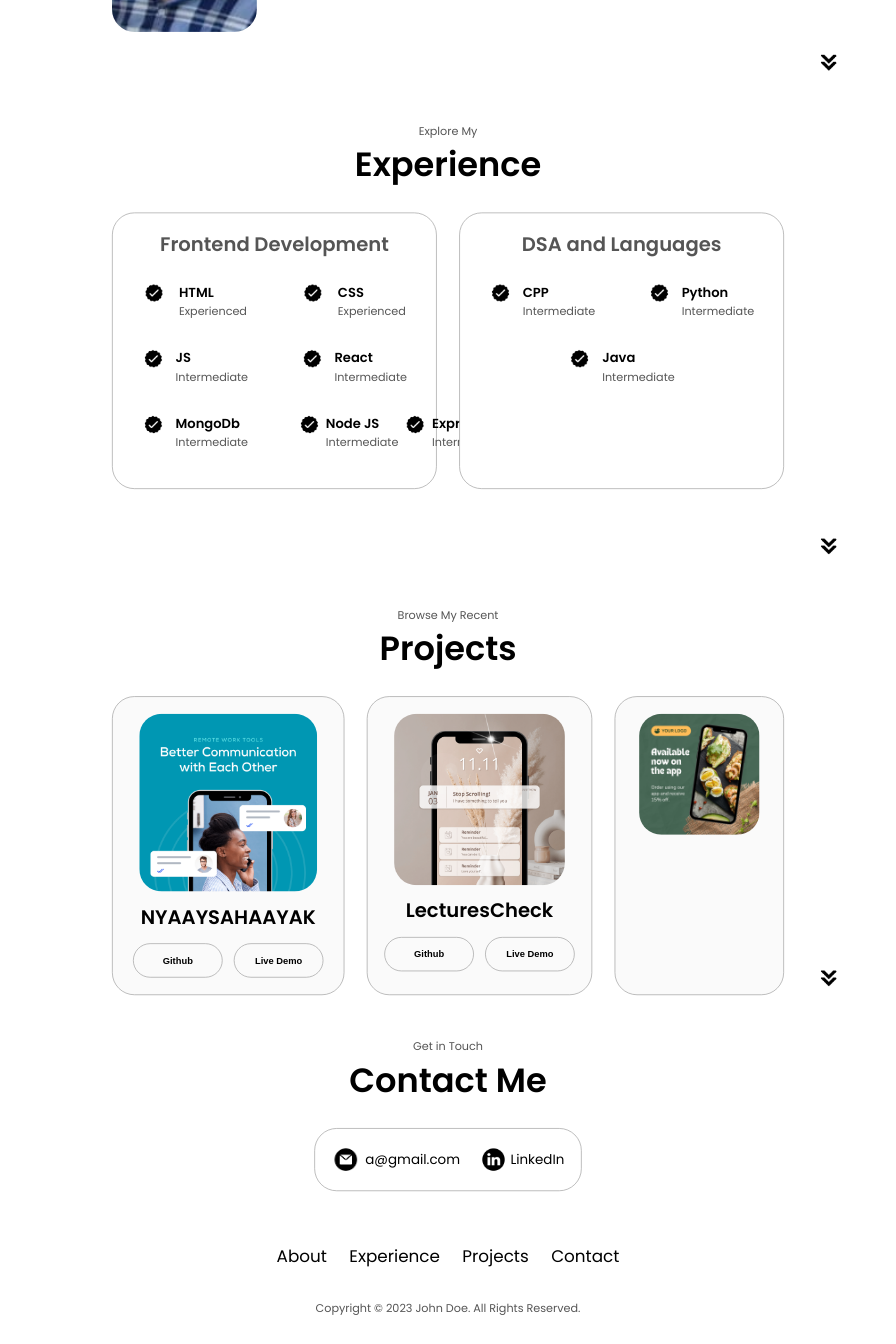
Repository: ARUN-YERRAM/ARUN-YERRAM-PORTFOLIO
Page: portfolio/index.html
The author's editor kept a copy of each file at every save. The page is drawn from the files as they stood at one save, then again after the next save.
The browser window is 1280 px wide. The pictures show the part of the page from y = 1362 to 3282 px (the page is 3282 px tall), at 70% of full size.

Above is the page before, as saved 2024-07-07 04:07:26.

### portfolio/index.html
<!DOCTYPE html>
<html lang="en">
  <head>
    <meta charset="UTF-8" />
    <meta http-equiv="X-UA-Compatible" content="IE=edge" />
    <meta name="viewport" content="width=device-width, initial-scale=1.0" />
    <title>My Portfolio</title>
    <link rel="stylesheet" href="style.css" />
    <link rel="stylesheet" href="mediaqueries.css" />
  </head>
  <body>
    <nav id="desktop-nav">
      <div class="logo">ARUN YERRAM</div>
      <div>
        <ul class="nav-links">
          <li><a href="#about">About</a></li>
          <li><a href="#experience">Experience</a></li>
          <li><a href="#projects">Projects</a></li>
          <li><a href="#contact">Contact</a></li>
        </ul>
      </div>
    </nav>
    <nav id="hamburger-nav">
      <div class="logo">ARUN YERRAM</div>
      <div class="hamburger-menu">
        <div class="hamburger-icon" onclick="toggleMenu()">
          <span></span>
          <span></span>
          <span></span>
        </div>
        <div class="menu-links">
          <li><a href="#about" onclick="toggleMenu()">About</a></li>
          <li><a href="#experience" onclick="toggleMenu()">Experience</a></li>
          <li><a href="#projects" onclick="toggleMenu()">Projects</a></li>
          <li><a href="#contact" onclick="toggleMenu()">Contact</a></li>
        </div>
      </div>
    </nav>
    <section id="profile">
      <div class="section__pic-container">
        <img src="./assets/profile-pic.png" alt="John Doe profile picture" />
      </div>
      <div class="section__text">
        <p class="section__text__p1">Hello, I'm</p>
        <h1 class="title">ARUN YERRAM</h1>
        <p class="section__text__p2">Frontend Developer</p>
        <div class="btn-container">
          <button
            class="btn btn-color-2"
            onclick="window.open('./assets/resume-example.pdf')"
          >
            Download CV
          </button>
          <button class="btn btn-color-1" onclick="location.href='./#contact'">
            Contact Info
          </button>
        </div>
        <div id="socials-container">
          <img
            src="./assets/linkedin.png"
            alt="My LinkedIn profile"
            class="icon"
            onclick="window.open('https://www.linkedin.com/in/arun-yerram/','_blank')"
          />
          <img
            src="./assets/github.png"
            alt="My Github profile"
            class="icon"
            onclick="location.href='https://github.com/ARUN-YERRAM?tab=repositories'"
          />
        </div>
      </div>
    </section>
    <section id="about">
      <p class="section__text__p1">Get To Know More</p>
      <h1 class="title">About Me</h1>
      <div class="section-container">
        <div class="section__pic-container">
          <img
            src="./assets/Photo1.jpg"
            alt="Profile picture"
            class="about-pic"
          />
        </div>
        <div class="about-details-container">
          <div class="about-containers">
            <div class="details-container">
              <img
                src="./assets/experience.png"
                alt="Experience icon"
                class="icon"
              />
              <h3>Experience</h3>
              <p>2+ years <br />Full Stack Development</p>
            </div>
            <div class="details-container">
              <img
                src="./assets/education.png"
                alt="Education icon"
                class="icon"
              />
              <h3>Education</h3>
              <p>Pursing B.Tech (Bachelors Degree) From Keshav Memorial Institute of Technology <br /></p>
            </div>
          </div>
          <div class="text-container">
            <p>
              I am having keen interest in Problem Solving ,Web Development and eager to learn Data Science and Explore various Tech field.
            </p>
          </div>
        </div>
      </div>
      <img
        src="./assets/arrow.png"
        alt="Arrow icon"
        class="icon arrow"
        onclick="location.href='./#experience'"
      />
    </section>
    <section id="experience">
      <p class="section__text__p1">Explore My</p>
      <h1 class="title">Experience</h1>
      <div class="experience-details-container">
        <div class="about-containers">
          <div class="details-container">
            <h2 class="experience-sub-title">Frontend Development</h2>
            <div class="article-container">
              <article>
                <img
                  src="./assets/checkmark.png"
                  alt="Experience icon"
                  class="icon"
                />
                <div>
                  <h3>HTML</h3>
                  <p>Experienced</p>
                </div>
              </article>
              <article>
                <img
                  src="./assets/checkmark.png"
                  alt="Experience icon"
                  class="icon"
                />
                <div>
                  <h3>CSS</h3>
                  <p>Experienced</p>
                </div>
              </article>
              <article>
                <img
                  src="./assets/checkmark.png"
                  alt="Experience icon"
                  class="icon"
                />
                <div>
                  <h3>JS</h3>
                  <p>Intermediate</p>
                </div>
              </article>
              <article>
                <img
                  src="./assets/checkmark.png"
                  alt="Experience icon"
                  class="icon"
                />
                <div>
                  <h3>React</h3>
                  <p>Intermediate</p>
                </div>
              </article>
              <article>
                <img
                  src="./assets/checkmark.png"
                  alt="Experience icon"
                  class="icon"
                />
                <div>
                  <h3>MongoDb</h3>
                  <p>Intermediate</p>
                </div>
              </article>
              <article>
                <article>
                  <img
                    src="./assets/checkmark.png"
                    alt="Experience icon"
                    class="icon"
                  />
                  <div>
                    <h3>Node JS</h3>
                    <p>Intermediate</p>
                  </div>
                </article>

                <article>
                  <img
                    src="./assets/checkmark.png"
                    alt="Experience icon"
                    class="icon"
                  />
                  <div>
                    <h3>Express JS</h3>
                    <p>Intermediate</p>
                  </div>
                </article>
                <article>
                <article>
                <img
                  src="./assets/checkmark.png"
                  alt="Experience icon"
                  class="icon"
                />
                <div>
                  <h3>Git && Github</h3>
                  <p>Intermediate</p>
                </div>
              </article>
            </div>
          </div>
          <div class="details-container">
            <h2 class="experience-sub-title">DSA and Languages</h2>
            <div class="article-container">
              <article>
                <img
                  src="./assets/checkmark.png"
                  alt="Experience icon"
                  class="icon"
                />
                <div>
                  <h3>CPP</h3>
                  <p>Intermediate</p>
                </div>
              </article>
              <article>
                <img
                  src="./assets/checkmark.png"
                  alt="Experience icon"
                  class="icon"
                />
                <div>
                  <h3>Python</h3>
                  <p>Intermediate</p>
                </div>
              </article>

              <article>
                <img
                  src="./assets/checkmark.png"
                  alt="Experience icon"
                  class="icon"
                />
                <div>
                  <h3>Java</h3>
                  <p>Intermediate</p>
                </div>
              </article>
            </div>
          </div>
        </div>
      </div>
      <img
        src="./assets/arrow.png"
        alt="Arrow icon"
        class="icon arrow"
        onclick="location.href='./#projects'"
      />
    </section>
    <section id="projects">
      <p class="section__text__p1">Browse My Recent</p>
      <h1 class="title">Projects</h1>
      <div class="experience-details-container">
        <div class="about-containers">
          <div class="details-container color-container">
            <div class="article-container">
              <img
                src="./assets/project-1.png"
                alt="Project 1"
                class="project-img"
              />
            </div>
            <h2 class="experience-sub-title project-title">NYAAYSAHAAYAK</h2>
            <div class="btn-container">
              <button
                class="btn btn-color-2 project-btn"
                onclick="location.href='https://github.com/ARUN-YERRAM/NYAAYSAHAAYAK'"
              >
                Github
              </button>
              <button
                class="btn btn-color-2 project-btn"
                onclick="location.href=''"
              >
                Live Demo
              </button>
            </div>
          </div>
          <div class="details-container color-container">
            <div class="article-container">
              <img
                src="./assets/project-2.png"
                alt="Project 2"
                class="project-img"
              />
            </div>
            <h2 class="experience-sub-title project-title">LecturesCheck</h2>
            <div class="btn-container">
              <button
                class="btn btn-color-2 project-btn"
                onclick="location.href='https://github.com/ARUN-YERRAM/LecturesCheck'"
              >
                Github
              </button>
              <button
                class="btn btn-color-2 project-btn"
                onclick="location.href=''"
              >
                Live Demo
              </button>
            </div>
          </div>
          <div class="details-container color-container">
            <div class="article-container">
              <img
                src="./assets/project-3.png"
                alt="Project 3"
                class="project-img"
              />
            </div>
          </div>
        </div>
      </div>
      <img
        src="./assets/arrow.png"
        alt="Arrow icon"
        class="icon arrow"
        onclick="location.href='./#contact'"
      />
    </section>
    <section id="contact">
      <p class="section__text__p1">Get in Touch</p>
      <h1 class="title">Contact Me</h1>
      <div class="contact-info-upper-container">
        <div class="contact-info-container">
          <img
            src="./assets/email.png"
            alt="Email icon"
            class="icon contact-icon email-icon"
          />
          <p><a href="mailto:examplemail@gmail.com">a@gmail.com</a></p>
        </div>
        <div class="contact-info-container">
          <img
            src="./assets/linkedin.png"
            alt="LinkedIn icon"
            class="icon contact-icon"
          />
          <p><a href="https://www.linkedin.com">LinkedIn</a></p>
        </div>
      </div>
    </section>
    <footer>
      <nav>
        <div class="nav-links-container">
          <ul class="nav-links">
            <li><a href="#about">About</a></li>
            <li><a href="#experience">Experience</a></li>
            <li><a href="#projects">Projects</a></li>
            <li><a href="#contact">Contact</a></li>
          </ul>
        </div>
      </nav>
      <p>Copyright &#169; 2023 John Doe. All Rights Reserved.</p>
    </footer>
    <script src="script.js"></script>
  </body>
</html>

### portfolio/style.css
/* GENERAL */

@import url("https://fonts.googleapis.com/css2?family=Poppins:wght@300;400;500;600&display=swap");

* {
  margin: 0;
  padding: 0;
}

body {
  font-family: "Poppins", sans-serif;
}

html {
  scroll-behavior: smooth;
}

p {
  color: rgb(85, 85, 85);
}

/* TRANSITION */

a,
.btn {
  transition: all 300ms ease;
}

/* DESKTOP NAV */

nav,
.nav-links {
  display: flex;
}

nav {
  justify-content: space-around;
  align-items: center;
  height: 17vh;
}

.nav-links {
  gap: 2rem;
  list-style: none;
  font-size: 1.5rem;
}

a {
  color: black;
  text-decoration: none;
  text-decoration-color: white;
}

a:hover {
  color: grey;
  text-decoration: underline;
  text-underline-offset: 1rem;
  text-decoration-color: rgb(181, 181, 181);
}

.logo {
  font-size: 2rem;
}

.logo:hover {
  cursor: default;
}

/* HAMBURGER MENU */

#hamburger-nav {
  display: none;
}

.hamburger-menu {
  position: relative;
  display: inline-block;
}

.hamburger-icon {
  display: flex;
  flex-direction: column;
  justify-content: space-between;
  height: 24px;
  width: 30px;
  cursor: pointer;
}

.hamburger-icon span {
  width: 100%;
  height: 2px;
  background-color: black;
  transition: all 0.3 ease-in-out;
}

.menu-links {
  position: absolute;
  top: 100%;
  right: 0;
  background-color: white;
  width: fit-content;
  max-height: 0;
  overflow: hidden;
  transition: all 0.3 ease-in-out;
}

.menu-links a {
  display: block;
  padding: 10px;
  text-align: center;
  font-size: 1.5rem;
  color: black;
  text-decoration: none;
  transition: all 0.3 ease-in-out;
}

.menu-links li {
  list-style: none;
}

.menu-links.open {
  max-height: 300px;
}

.hamburger-icon.open span:first-child {
  transform: rotate(45deg) translate(10px, 5px);
}

.hamburger-icon.open span:nth-child(2) {
  opacity: 0;
}

.hamburger-icon.open span:last-child {
  transform: rotate(-45deg) translate(10px, -5px);
}

.hamburger-icon span:first-child {
  transform: none;
}

.hamburger-icon span:first-child {
  opacity: 1;
}

.hamburger-icon span:first-child {
  transform: none;
}

/* SECTIONS */

section {
  padding-top: 4vh;
  height: 96vh;
  margin: 0 10rem;
  box-sizing: border-box;
  min-height: fit-content;
}

.section-container {
  display: flex;
}

/* PROFILE SECTION */

#profile {
  display: flex;
  justify-content: center;
  gap: 5rem;
  height: 80vh;
}

.section__pic-container {
  display: flex;
  height: 400px;
  width: 400px;
  margin: auto 0;
}

.section__text {
  align-self: center;
  text-align: center;
}

.section__text p {
  font-weight: 600;
}

.section__text__p1 {
  text-align: center;
}

.section__text__p2 {
  font-size: 1.75rem;
  margin-bottom: 1rem;
}

.title {
  font-size: 3rem;
  text-align: center;
}

#socials-container {
  display: flex;
  justify-content: center;
  margin-top: 1rem;
  gap: 1rem;
}

/* ICONS */

.icon {
  cursor: pointer;
  height: 2rem;
}

/* BUTTONS */

.btn-container {
  display: flex;
  justify-content: center;
  gap: 1rem;
}

.btn {
  font-weight: 600;
  transition: all 300ms ease;
  padding: 1rem;
  width: 8rem;
  border-radius: 2rem;
}

.btn-color-1,
.btn-color-2 {
  border: rgb(53, 53, 53) 0.1rem solid;
}

.btn-color-1:hover,
.btn-color-2:hover {
  cursor: pointer;
}

.btn-color-1,
.btn-color-2:hover {
  background: rgb(53, 53, 53);
  color: white;
}

.btn-color-1:hover {
  background: rgb(0, 0, 0);
}

.btn-color-2 {
  background: none;
}

.btn-color-2:hover {
  border: rgb(255, 255, 255) 0.1rem solid;
}

.btn-container {
  gap: 1rem;
}

/* ABOUT SECTION */

#about {
  position: relative;
}

.about-containers {
  gap: 2rem;
  margin-bottom: 2rem;
  margin-top: 2rem;
}

.about-details-container {
  justify-content: center;
  flex-direction: column;
}

.about-containers,
.about-details-container {
  display: flex;
}

.about-pic {
  border-radius: 2rem;
}

.arrow {
  position: absolute;
  right: -5rem;
  bottom: 2.5rem;
}

.details-container {
  padding: 1.5rem;
  flex: 1;
  background: white;
  border-radius: 2rem;
  border: rgb(53, 53, 53) 0.1rem solid;
  border-color: rgb(163, 163, 163);
  text-align: center;
}

.section-container {
  gap: 4rem;
  height: 80%;
}

.section__pic-container {
  height: 400px;
  width: 400px;
  margin: auto 0;
}

/* EXPERIENCE SECTION */

#experience {
  position: relative;
}

.experience-sub-title {
  color: rgb(85, 85, 85);
  font-weight: 600;
  font-size: 1.75rem;
  margin-bottom: 2rem;
}

.experience-details-container {
  display: flex;
  justify-content: center;
  flex-direction: column;
}

.article-container {
  display: flex;
  text-align: initial;
  flex-wrap: wrap;
  flex-direction: row;
  gap: 2.5rem;
  justify-content: space-around;
}

article {
  display: flex;
  width: 10rem;
  justify-content: space-around;
  gap: 0.5rem;
}

article .icon {
  cursor: default;
}

/* PROJECTS SECTION */

#projects {
  position: relative;
}

.color-container {
  border-color: rgb(163, 163, 163);
  background: rgb(250, 250, 250);
}

.project-img {
  border-radius: 2rem;
  width: 90%;
  height: 90%;
}

.project-title {
  margin: 1rem;
  color: black;
}

.project-btn {
  color: black;
  border-color: rgb(163, 163, 163);
}

/* CONTACT */

#contact {
  display: flex;
  justify-content: center;
  flex-direction: column;
  height: 70vh;
}

.contact-info-upper-container {
  display: flex;
  justify-content: center;
  border-radius: 2rem;
  border: rgb(53, 53, 53) 0.1rem solid;
  border-color: rgb(163, 163, 163);
  background: (250, 250, 250);
  margin: 2rem auto;
  padding: 0.5rem;
}

.contact-info-container {
  display: flex;
  align-items: center;
  justify-content: center;
  gap: 0.5rem;
  margin: 1rem;
}

.contact-info-container p {
  font-size: larger;
}

.contact-icon {
  cursor: default;
}

.email-icon {
  height: 2.5rem;
}

/* FOOTER SECTION */

footer {
  height: 26vh;
  margin: 0 1rem;
}

footer p {
  text-align: center;
}

### portfolio/mediaqueries.css
@media screen and (max-width: 1400px) {
  #profile {
    height: 83vh;
    margin-bottom: 6rem;
  }
  .about-containers {
    flex-wrap: wrap;
  }
  #contact,
  #projects {
    height: fit-content;
  }
}

@media screen and (max-width: 1200px) {
  #desktop-nav {
    display: none;
  }
  #hamburger-nav {
    display: flex;
  }
  #experience,
  .experience-details-container {
    margin-top: 2rem;
  }
  #profile,
  .section-container {
    display: block;
  }
  .arrow {
    display: none;
  }
  section,
  .section-container {
    height: fit-content;
  }
  section {
    margin: 0 5%;
  }
  .section__pic-container {
    width: 275px;
    height: 275px;
    margin: 0 auto 2rem;
  }
  .about-containers {
    margin-top: 0;
  }
}

@media screen and (max-width: 600px) {
  #contact,
  footer {
    height: 40vh;
  }
  #profile {
    height: 83vh;
    margin-bottom: 0;
  }
  article {
    font-size: 1rem;
  }
  footer nav {
    height: fit-content;
    margin-bottom: 2rem;
  }
  .about-containers,
  .contact-info-upper-container,
  .btn-container {
    flex-wrap: wrap;
  }
  .contact-info-container {
    margin: 0;
  }
  .contact-info-container p,
  .nav-links li a {
    font-size: 1rem;
  }
  .experience-sub-title {
    font-size: 1.25rem;
  }
  .logo {
    font-size: 1.5rem;
  }
  .nav-links {
    flex-direction: column;
    gap: 0.5rem;
    text-align: center;
  }
  .section__pic-container {
    width: auto;
    height: 46vw;
    justify-content: center;
  }
  .section__text__p2 {
    font-size: 1.25rem;
  }
  .title {
    font-size: 2rem;
  }
  .text-container {
    text-align: justify;
  }
}

Loaded but not shown: portfolio/script.js (common file)

After the next save:
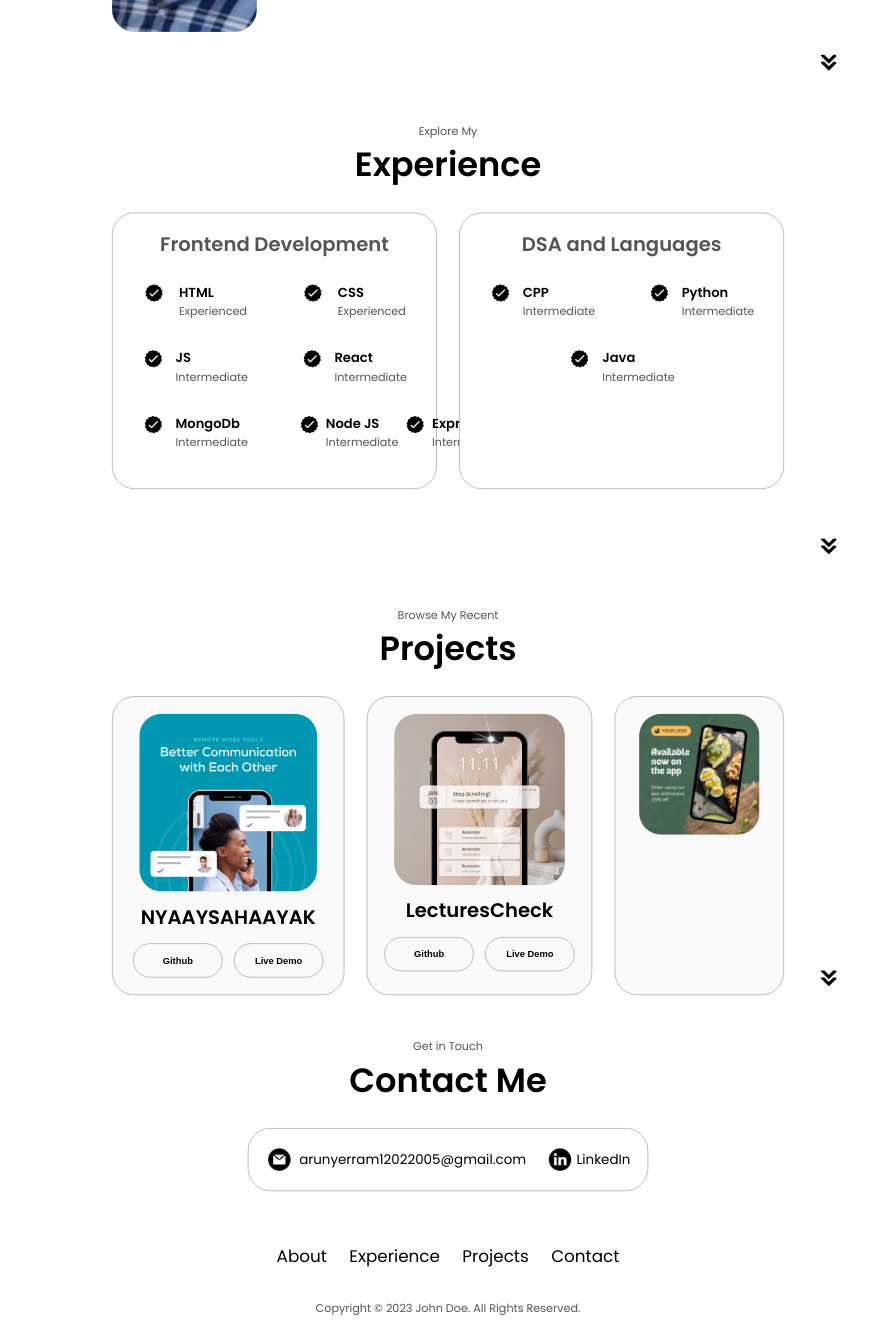
Saved 6 s later.
--- a/portfolio/index.html
+++ b/portfolio/index.html
@@ -347,7 +347,7 @@
             alt="Email icon"
             class="icon contact-icon email-icon"
           />
-          <p><a href="mailto:examplemail@gmail.com">a@gmail.com</a></p>
+          <p><a href="mailto:examplemail@gmail.com">arunyerram12022005@gmail.com</a></p>
         </div>
         <div class="contact-info-container">
           <img
